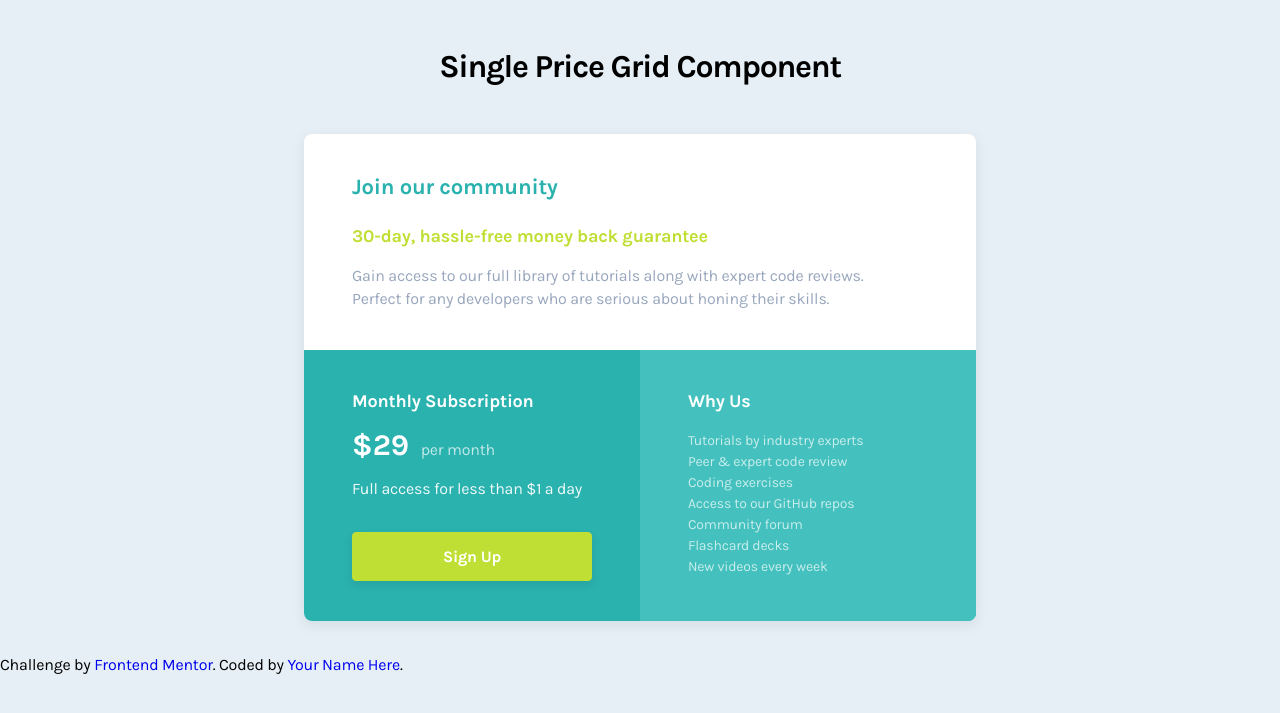
Repository: bangjuyoung/bangjuyoung
Page: practice/frontend-mentor/single-price-grid-component/index.html
The author's editor kept a copy of each file at every save. The page is drawn from the files as they stood at one save, then again after the next save.
The browser window is 1280 px wide. The pictures show the whole page.

Above is the page before, as saved 2019-06-16 16:11:00.

### practice/frontend-mentor/single-price-grid-component/index.html
<!DOCTYPE html>
<html lang="en">

<head>
  <meta charset="UTF-8">
  <meta name="viewport" content="width=device-width, initial-scale=1.0">
  <title>Frontend Mentor | Single Price Grid Component</title>
  <link rel="icon" type="image/png" sizes="32x32" href="./images/favicon-32x32.png">
  <link rel="stylesheet" href="../../../assets/css/base.css">
  <link href="https://fonts.googleapis.com/css?family=Karla:400,700&display=swap" rel="stylesheet">
  <link rel="stylesheet" href="./default.css">
</head>

<body class="bg-gray--pale">
  <main role="main" class="page-main">
    <article class="card">
      <div class="text-center card-header">
        <h1 class="card-title">Single Price Grid Component</h1>
      </div>
      <div class="bg-white single-price">
        <div class="text-primary--gray single-price__primary">
          <section class="single-price__body">
            <h2 class="text-primary text-title">Join our community</h2>
            <h3 class="text-secondary text-subtitle">30-day, hassle-free money back guarantee</h3>
            <p>Gain access to our full library of tutorials along with expert code reviews.</p>
            <p>Perfect for any developers who are serious about honing their skills.</p>
          </section>
        </div>
        <div class="theme-primary single-price__secondary">
          <section class="single-price__body single-price__cta">
            <h3 class="text-white text-subtitle">Monthly Subscription</h3>
            <div class="single-price__divider">
              <p class="text-light single-price__text">
                <strong class="text-white text-display1">&dollar;29</strong> per month
              </p>
              <p class="single-price__text">Full access for less than &dollar;1 a day</p>
            </div>
            <a href="/" class="btn btn-secondary btn-block btn--float">Sign Up</a>
          </section>

          <section class="theme-primary--light text-body2 single-price__body single-price__feature">
            <h4 class="text-white text-subtitle">Why Us</h4>
            <p>
              Tutorials by industry experts<span class="newline"></span>
              Peer &amp; expert code review<span class="newline"></span>
              Coding exercises<span class="newline"></span>
              Access to our GitHub repos<span class="newline"></span>
              Community forum<span class="newline"></span>
              Flashcard decks<span class="newline"></span>
              New videos every week
            </p>
          </section>
        </div>
      </div>
    </article>
  </main>

  <footer role="contentinfo" class="page-footer">
    <p class="attribution">
      Challenge by <a href="https://www.frontendmentor.io?ref=challenge" target="_blank" rel="noopener">Frontend
        Mentor</a>.
      Coded by <a href="#">Your Name Here</a>.
    </p>
  </footer>
</body>

</html>

### assets/css/base.css
@charset "UTF-8";

/*
// Base
//
// Normalization of HTML elements, manually forked from Normalize.css to remove
// styles targeting irrelevant browsers while applying new styles.
//
// Normalize is licensed MIT. https://github.com/necolas/normalize.css
*/

/*
 * Document
 */

*,
*::before,
*::after {
  /* padding 과 border 가 요소 너비에 포함되도록 설정 */
  box-sizing: border-box;
}

html {
  /* 모든 브라우저에 기본 폰트 및 line-height 설정 */
  font-family: sans-serif;
  line-height: 1.15;
  /* window 폰의 IE 나 iOS 에서 방향 변경시 폰트 사이즈 수정되는 현상 막음 */
  -webkit-text-size-adjust: 100%;
  /* @viewport 설정시 IE11 과 Edge 에서 스크롤바가 컨텐트에 겹치므로 겹치지 않고 자동 숨김 되지 않도록 강제 */
  -ms-overflow-style: scrollbar;
  /* iOS 에서 완전히 투명으로 보이기 위해 기본 탭 하이라이트 변경 */
  -webkit-tap-highlight-color: rgba(0, 0, 0, 0);
}

/* IE10 이하 및 오래된 브라우저에서 새 HTML5 요소들 맞게 표시 */
article,
aside,
figcaption,
figure,
footer,
header,
hgroup,
main,
nav,
section {
  display: block;
}

/* 여백 초기화 */
body,
h1,
h2,
h3,
h4,
h5,
h6,
p,
ol,
ul,
dl,
blockquote,
pre,
figure,
input,
button,
select,
optgroup,
textarea,
fieldset {
  margin: 0;
}

/*
 * Body
 */

/*
  -apple-system, // Safari for OS X and iOS (San Francisco)
  BlinkMacSystemFont, // Chrome < 56 for OS X (San Francisco)
  "Segoe UI", // Windows
  "Roboto", // Android
  "Helvetica Neue", Arial, sans-serif, // Basic web fallback
  "Apple Color Emoji", "Segoe UI Emoji", "Segoe UI Symbol" !default; // Emoji fonts
 */

body {
  font-family: -apple-system, BlinkMacSystemFont, 'Segoe UI', Roboto,
    'Helvetica Neue', Arial, Noto Sans, sans-serif, 'Apple Color Emoji',
    'Segoe UI Emoji', 'Segoe UI Symbol', 'Noto Color Emoji';
  font-size: 1rem;
  font-weight: 400;
  line-height: 1.5;
  /* 명시적으로 기본값을 지정해 하위 요소들이 상속 받을 수 있게 함 */
  text-align: left;
  /* 기본 배경색 지정 */
  background-color: #fff;
}

body,
input,
textarea,
select,
button {
  font-synthesis: none;
  -moz-font-feature-settings: 'kern';
  -webkit-font-smoothing: antialiased;
  -moz-osx-font-smoothing: grayscale;
}

/*
 * Future-proof rule: in browsers that support :focus-visible,
 * focus outline 을 표시하지 않는 요소에 프로그램적으로 포커스가 갔을때 focus outline 숨김
 *
 * See https://developer.mozilla.org/en-US/docs/Web/CSS/:focus-visible
 * and https://developer.paciellogroup.com/blog/2018/03/focus-visible-and-backwards-compatibility/
 */
[tabindex='-1']:focus:not(:focus-visible) {
  outline: 0 !important;
}

/*
 * Content grouping
 *
 */

hr {
  box-sizing: content-box;
  height: 0;
  /* Edge와 ie에서 overflow 표시 */
  overflow: visible;
}

/*
 * Typography
 */

h1,
h2,
h3,
h4,
h5,
h6 {
  font-size: inherit;
  font-weight: inherit;
}

/*
 * Abbreviations
 */

abbr[title] {
  /* Chrome, Edge, IE, Opera, 그리고 Safari 에서 테스트 표시줄 스타일 정정 */
  text-decoration: underline;
  text-decoration: underline dotted;
  /* 바뀐 행위를 나타내기 위해 명시적으로 커서를 추가 */
  cursor: help;
  /* Firefox 39이하에서 나타나는 테스트 하단 테투리 제거 */
  border-bottom: 0;
  /* 텍스트 표시줄이 건너뛰지 않도록 설정 */
  text-decoration-skip-ink: none;
}

address {
  font-style: normal;
  line-height: inherit;
}

b,
strong {
  /* Chrome, Edge, 그리고 Safari 에서 올바른 글자 굵기 정정 */
  font-weight: bolder;
}

small {
  /* 모든 브라우저에서 글자 크기 정정 */
  font-size: 85%;
}

/*
 * 모든 브라우저에서 sub 과 sup 요소들이 즐 간격 영향 받지 않도록 설정
 */

sub,
sup {
  position: relative;
  font-size: 75%;
  line-height: 0;
  vertical-align: baseline;
}

sub {
  bottom: -0.25em;
}

sup {
  top: -0.5em;
}

/*
 * Links
 */

a {
  text-decoration: none;
  /* IE 10 에서 현재 열려 있는 링크에 나타나는 회색배경색을 제거 */
  background-color: transparent;
}

a:hover {
  text-decoration: underline;
}

/*
 * tablindex 없이는 명시적으로 키보드 포커스가 가능하지 않도록 href 속성이 없는 플레이스 홀더 링크/네임 앵커에 대한 스타일 재지정
 * 단순히 a[href] 로 스타일 지정이 간단할 수 있지만, 많은 다른 스타일내에서 고치기엔 복잡한 특정 이슈 유발 가능성 존재
 * See https://github.com/twbs/bootstrap/issues/19402
 */

a:not([href]):not([tabindex]) {
  color: inherit;
  text-decoration: none;
}

a:not([href]):not([tabindex]):hover,
a:not([href]):not([tabindex]):focus {
  color: inherit;
  text-decoration: none;
}

a:not([href]):not([tabindex]):focus {
  outline: 0;
}

/*
 * Code
 */

pre,
code,
kbd,
samp {
  font-family: SFMono-Regular, Menlo, Monaco, Consolas, 'Liberation Mono',
    'Courier New', monospace;
  /* 모든 브라우저에서 이상한 em 글자 크기 정정 */
  font-size: 1em;
}

pre {
  /* 바깥 영역을 깨지 않도록 내용 영역 오버플로우 설정 */
  overflow: auto;
  /* IE11 와 Edge 에서 @viewport 설정시 스크롤바가 내용을 덮는 현상에서 내용 덮지 않고 자동으로 숨겨지지 않도록 재지정  */
  -ms-overflow-style: scrollbar;
}

/*
 * Images and content
 */

img {
  vertical-align: middle;
  /* IE10 이하에서 링크 내 이미지 요소들에 테두리 제거 */
  border-style: none;
}

svg {
  /*
     * IE10/11 에서 오버플로우 되는 버그로 인해 필요
     * See https://github.com/twbs/bootstrap/issues/26878
     */
  overflow: hidden;
  vertical-align: middle;
}

/*
 * Tables
 */

table {
  /* Prevent double borders 테두리들이 맞 닿았을 때 합쳐지도록 설정 */
  border-collapse: collapse;
}

/* body 요소나 가장 가까운 부모로 부터 지정된 텍스트 정렬 요소를 상속해 td 요소 정렬과 일치 */
caption,
th {
  text-align: inherit;
}

/*
 * Forms
 */

/*
 * macOS Chrome 에서 추가되는 기본 border-radius  제거
 * Details at https://github.com/twbs/bootstrap/issues/24093
 */
button {
  border-radius: 0;
}

/* Firefox/IE 에서 button 배경색이 투명일 때 기본 button 포커스 스타일이 손실되는 버그 피함
 * Credit: https://github.com/suitcss/base/
 */
button:focus {
  outline: 1px dotted;
  outline: 5px auto -webkit-focus-ring-color;
}

input,
button,
select,
optgroup,
textarea {
  font-family: inherit;
  font-size: inherit;
  line-height: inherit;
}

button,
input {
  /* Edge 에서 overflow 보임  */
  overflow: visible;
}

button,
select {
  /* Firefox 에서 텍스트 변형 상속되는 것을 제거 */
  text-transform: none;
}

/* 1. Android 4 에서 기본 audio 와 video 컨트롤이 제거되는 WebKit 버그 제거 */
button,
[type="button"],
/* 1 */
[type="reset"],
[type="submit"] {
  /* iOS 와 Safari 에서 클릭 가능한 타입으로 스타일 정정  */
  -webkit-appearance: button;
}

/* Firefox 에서 안쪽 테두리와 여백 제거하고 Normalize 처럼 outline 을 복원하지 않음 */
button::-moz-focus-inner,
[type='button']::-moz-focus-inner,
[type='reset']::-moz-focus-inner,
[type='submit']::-moz-focus-inner {
  padding: 0;
  border-style: none;
}

/* IE 10 이하에서 box sizing 정정 추가 및 padding 제거 */
input[type='radio'],
input[type='checkbox'] {
  box-sizing: border-box;
  padding: 0;
}

input[type='date'],
input[type='time'],
input[type='datetime-local'],
input[type='month'] {
  /* Mobile Safari 에서 line-height 설정시 텍스트가 input 내 수직 중양 정렬되지 않는 버그를 피하기 위해 시간 input 기본 모양 제거
    // See https://bugs.webkit.org/show_bug.cgi?id=139848
    // and https://github.com/twbs/bootstrap/issues/11266
    */
  -webkit-appearance: listbox;
}

textarea {
  /* IE 에서 기본 수직 스크롤바 제거 */
  overflow: auto;
  /* textarea 는 수직으로만 리사이즈 되도록 설정 */
  resize: vertical;
}

fieldset {
  /*
     * fieldsets 은 min-width이 min-content 로 일반 블록 요소처럼 min-width 재지정
     * See https://github.com/twbs/bootstrap/issues/12359
     * and https://html.spec.whatwg.org/multipage/#the-fieldset-and-legend-elements
     * 페이지 레이아웃에 영향을 주지 않도록 기본 스타일 리셋
     */
  min-width: 0;
  padding: 0;
  border: 0;
}

/* 1. Edge 와 IE 에서 텍스트 래핑 정정 */
legend {
  display: block;
  width: 100%;
  /* 1 */
  max-width: 100%;
  margin-bottom: 0.5rem;
  padding: 0;
  font-size: 1.5rem;
  /* IE 에서 fieldset 요소로 부터 색상 상속하도록 정정 */
  color: inherit;
  line-height: inherit;
  /* 1 */
  white-space: normal;
}

progress {
  /* Chrome, Firefox, Opera 에서 vertical alignment 스타일 추가 */
  vertical-align: baseline;
}

[type='number']::-webkit-inner-spin-button,
[type='number']::-webkit-outer-spin-button {
  /* Chrome 에서 증감 버튼 커서 스타일 정정 */
  height: auto;
}

[type='search'] {
  /*
     * iOS 에서 검색 input 의 추가적인 둥근 코너를 오버라이드하여
     * 기본 form-control 클래스 스타일이 적절히 스타일 적용될 수 있도록 함
     * https://github.com/twbs/bootstrap/issues/11586.
     * Safari 에서 outline 스타일 정정
     */
  outline-offset: -2px;
  -webkit-appearance: none;
}

/*
 * macOS 에서 Chrome 과 Safari 에서 안쪽 여백 제거
 */

[type='search']::-webkit-search-decoration {
  -webkit-appearance: none;
}

::-webkit-file-upload-button {
  font: inherit;
  /* iOS 와 Safari 에서 클릭가능한 타입으로 정정 */
  -webkit-appearance: button;
}

/*
* 요소 디스플레이 정정
*/

output {
  display: inline-block;
}

summary {
  /* 모든 브라우저에서 적절한 디스플레이 속성 추가 */
  display: list-item;
  cursor: pointer;
}

template {
  /* IE에서 필요 */
  display: none;
}

[hidden] {
  /* hidden 속성을 가진 HTML 요소는 항상 숨김 (from PureCSS), IE 10 이하에서 필요 */
  display: none !important;
}

### practice/frontend-mentor/single-price-grid-component/default.css
@charset "UTF-8";

html {
    font-size: 15px;
}

body {
    font-family: 'Karla', sans-serif;
    letter-spacing: -0.013em;
    line-height: 1.44;
}

@media (min-width: 48rem) {
    html {
        font-size: 16px;
    }
}

.btn {
    display: inline-block;
    padding: 0.75rem 1.25rem;
    font-weight: 700;
    text-align: center;
    border: 1px solid transparent;
    border-radius: 0.25rem;
}

.btn:hover {
    text-decoration: none;
    transition: color 0.3s ease-out, background-color 0.3s ease-out, box-shadow 0.3s ease-out;
}

.btn-block {
    width: 100%;
}

.btn--float {
    box-shadow: 0 4px 8px 1px rgba(0, 0, 0, 0.08);
}

.btn--float:hover {
    box-shadow: 0 0 0 0 rgba(0, 0, 0, 0.08);
}

.newline {
    display: block;
}

.text-center {
    text-align: center;
}


/*
 * typo
 */

.text-display1 {
    font-size: 1.875rem;
    font-weight: 700;
    letter-spacing: 0;
    line-height: 1;
}

.text-title {
    margin-bottom: 1.5rem;
    font-size: 1.375rem;
    font-weight: 700;
    line-height: 1.2;
}

.text-subtitle {
    margin-bottom: 1rem;
    font-size: 1.125rem;
    font-weight: 700;
    line-height: 1.3;
}

.text-body2 {
    font-size: 0.875rem;
    line-height: 1.5;
}

/*
 * page
 */
.page-footer {
    padding: 2rem 0;
}


/*
 * card
 */
.card-header {
    padding: 3rem 4rem;
}

.card-title {
    font-size: 2rem;
    font-weight: 700;
    letter-spacing: -0.04em;
    line-height: 1.2;
}


/*
 * single-price
 */
.single-price {
    overflow: hidden;
    max-width: 24rem;
    margin-left: auto;
    margin-right: auto;
    border-radius: 0.5rem;
    box-shadow: 0 4px 12px 2px rgba(0, 0, 0, 0.06);
}

.single-price__divider {
    margin-bottom: 2rem;
}

.single-price__text+.single-price__text {
    margin-top: 1rem;
}

.single-price__body {
    padding: 2.5rem 3rem;
}

@media (min-width: 44rem) {
    .single-price {
        max-width: 42rem;
    }

    .single-price__secondary {
        position: relative;
    }

    .single-price__secondary::before {
        content: '';
        z-index: 0;
        position: absolute;
        top: 0;
        right: 0;
        bottom: 0;
        left: 50%;
        background-color: hsl(179, 50%, 51%);
    }

    .single-price__secondary::after {
        content: '';
        display: block;
        clear: both;
    }

    .single-price__secondary .single-price__body {
        z-index: 1;
        position: relative;
        float: left;
        width: 50%;
    }
}


/*
 * specific
 */

.single-price__cta .text-display1 {
    margin-right: 0.5rem;
}

.single-price__feature .newline {
    display: none;
}

@media (min-width: 44rem) {
    .single-price__feature .newline {
        display: block;
    }
}


/*
 * theme
 */

.btn-secondary {
    color: #fff;
    background-color: hsl(71, 73%, 54%);
    border-color: hsl(71, 73%, 54%);
}

.theme-primary {
    color: rgba(255, 255, 255, 0.92);
    background-color: hsl(179, 62%, 43%);
}

.theme-primary--light {
    color: rgba(255, 255, 255, 0.7);
    background-color: hsl(179, 50%, 51%);
}

.bg-gray--pale {
    background-color: hsl(204, 43%, 93%);
}

.bg-white {
    background-color: #fff;
}

.text-primary {
    color: hsl(179, 62%, 43%);
}

.text-primary--gray {
    color: hsl(218, 22%, 67%);
}

.text-secondary {
    color: hsl(71, 73%, 54%);
}

.text-gray--pale {
    color: hsl(204, 43%, 93%);
}

.text-white {
    color: #fff;
}

.text-light {
    color: rgba(255, 255, 255, 0.7);
}

After the next save:
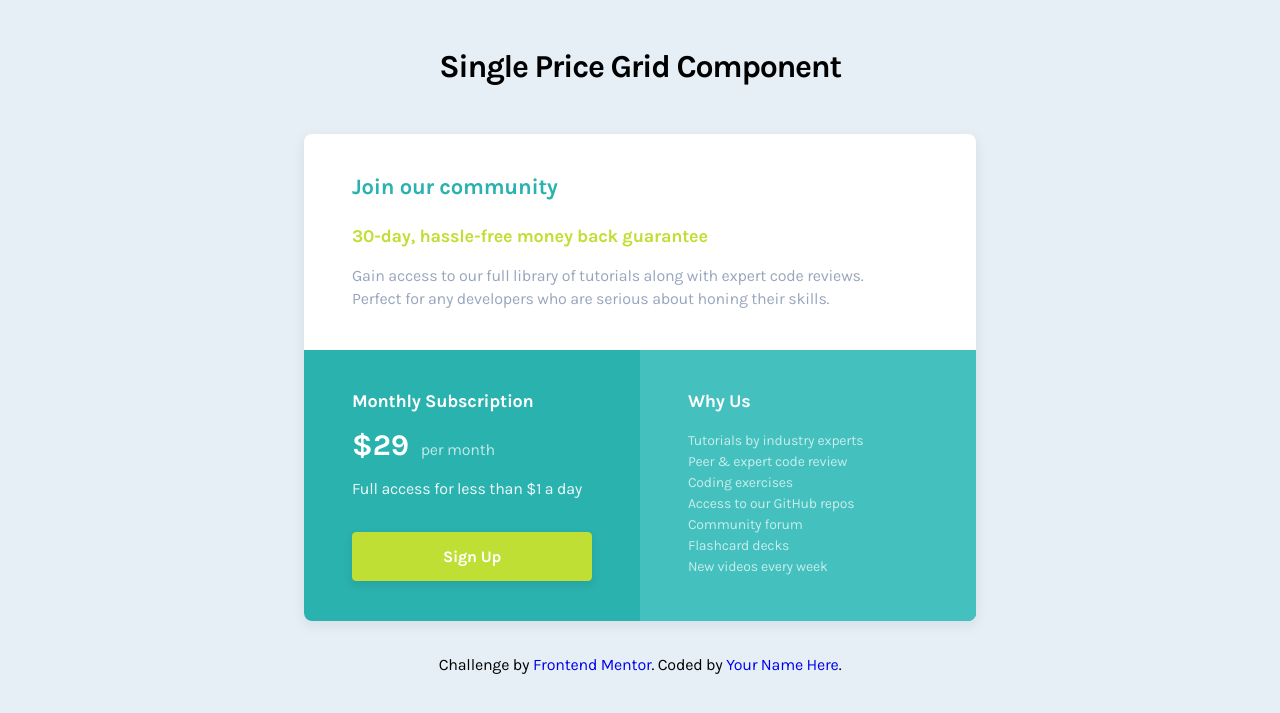
Saved 15 s later.
--- a/practice/frontend-mentor/single-price-grid-component/index.html
+++ b/practice/frontend-mentor/single-price-grid-component/index.html
@@ -55,7 +55,7 @@
     </article>
   </main>
 
-  <footer role="contentinfo" class="page-footer">
+  <footer role="contentinfo" class="text-center page-footer">
     <p class="attribution">
       Challenge by <a href="https://www.frontendmentor.io?ref=challenge" target="_blank" rel="noopener">Frontend
         Mentor</a>.
